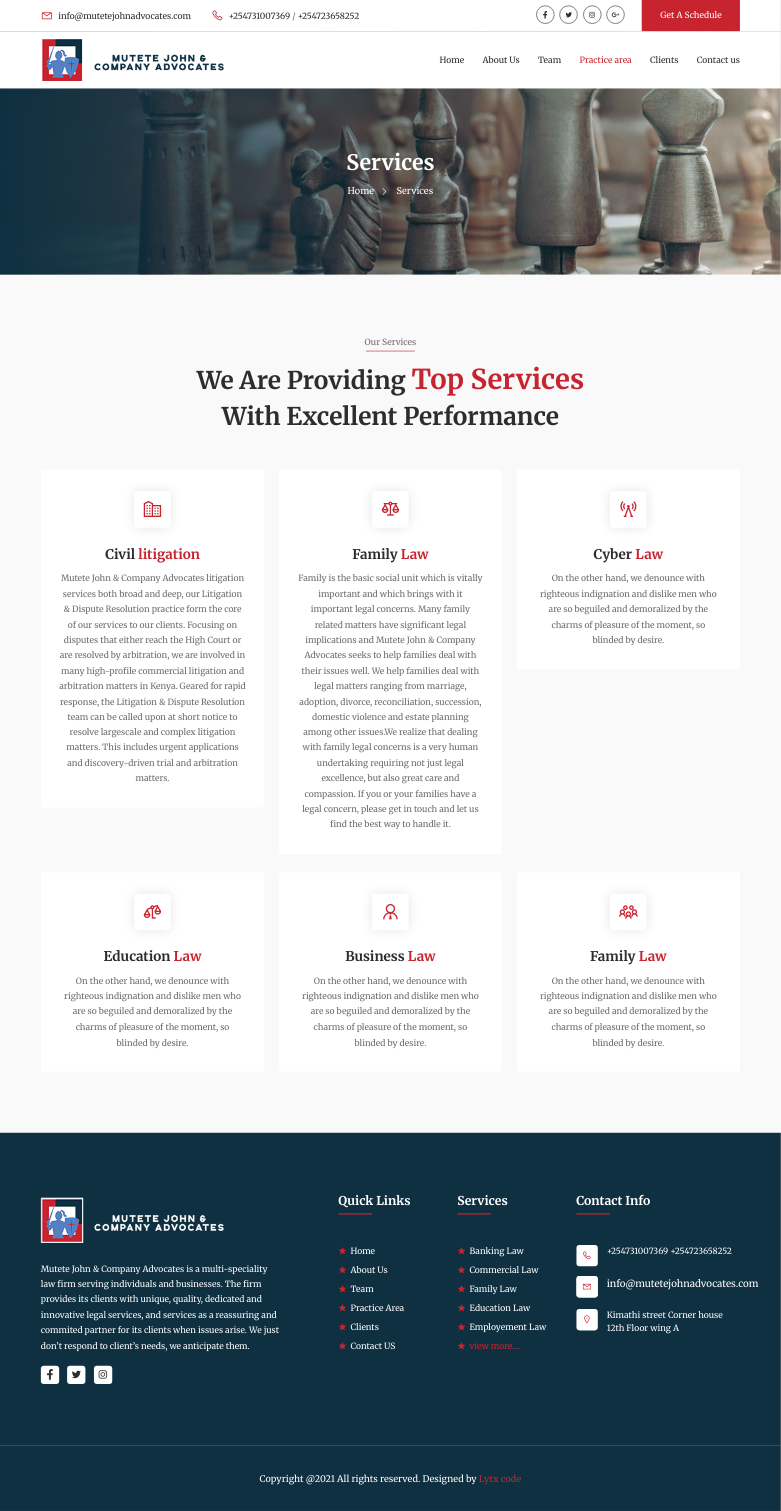
Repository: Samkiroko/mutete_john_website
Page: practice_area.html
An editor plug-in stored every save of this project. The page is shown before and after the next save, followed by the edit.
The browser window is 1280 px wide. The pictures show the whole page, at 61% of full size.

Above is the page before, as saved 2021-10-13 15:08:46.

### practice_area.html
<!DOCTYPE html>
<html lang="zxx">

<head>
    <meta charset="UTF-8" />
    <meta name="viewport" content="width=device-width, initial-scale=1.0" />

    <link rel="stylesheet" href="assets/css/bootstrap.min.css" />

    <link rel="stylesheet" href="assets/css/animate.min.css" />

    <link rel="stylesheet" href="assets/css/meanmenu.min.css" />

    <link rel="stylesheet" href="assets/css/line-awesome.min.css" />

    <link rel="stylesheet" href="assets/css/magnific-popup.css" />

    <link rel="stylesheet" href="assets/css/owl.carousel.min.css" />

    <link rel="stylesheet" href="assets/css/owl.theme.default.min.css" />

    <link rel="stylesheet" href="assets/css/odometer.css" />

    <link rel="stylesheet" href="assets/css/style.css" />

    <link rel="stylesheet" href="assets/css/responsive.css" />

    <link rel="apple-touch-icon" sizes="180x180" href="/apple-touch-icon.png" />
    <link rel="icon" type="image/png" sizes="32x32" href="/favicon-32x32.png" />
    <link rel="icon" type="image/png" sizes="16x16" href="/favicon-16x16.png" />
    <link rel="manifest" href="/site.webmanifest" />

    <title>MUTETE JOHN & COMPANY ADVOCATES</title>
</head>

<body>
    <!-- <div class="preloader">
        <div class="d-table">
            <div class="d-table-cell">
                <div class="lds-hourglass"></div>
            </div>
        </div>
    </div> -->

    <header class="header-area">
        <div class="top-header">
            <div class="container">
                <div class="row align-items-center">
                    <div class="col-lg-8 col-sm-8">
                        <ul class="left-info">
                            <li>
                                <a href="mailto:info@mutetejohnadvocates.com">
                                    <i class="las la-envelope"></i>
                                    <span class="__cf_email__">info@mutetejohnadvocates.com</span>
                                </a>
                            </li>
                            <li>
                                <a href="tel:+254731007369"> <i class="las la-phone"></i> +254731007369 </a>/
                                <a href="tel:+254723658252">+254723658252</a>
                            </li>
                        </ul>
                    </div>
                    <div class="col-lg-4 col-sm-4">
                        <ul class="right-info">
                            <li>
                                <a href="#" target="_blank">
                                    <i class="lab la-facebook-f"></i>
                                </a>
                            </li>
                            <li>
                                <a href="#" target="_blank">
                                    <i class="lab la-twitter"></i>
                                </a>
                            </li>
                            <li>
                                <a href="#" target="_blank">
                                    <i class="lab la-instagram"></i>
                                </a>
                            </li>
                            <li>
                                <a href="#" target="_blank">
                                    <i class="lab la-google-plus"></i>
                                </a>
                            </li>
                            <li class="heder-btn">
                                <a href="contact.html">Get A Schedule</a>
                            </li>
                        </ul>
                    </div>
                </div>
            </div>
        </div>

        <div class="navbar-area">
            <div class="atorn-responsive-nav">
                <div class="container">
                    <div class="atorn-responsive-menu">
                        <div class="logo">
                            <a href="index.html">
                                <img src="assets/img/logo.png" alt="logo" />
                            </a>
                        </div>
                    </div>
                </div>
            </div>
            <div class="atorn-nav">
                <div class="container">
                    <nav class="navbar navbar-expand-md navbar-light">
                        <a class="navbar-brand" href="index.html">
                            <img src="assets/img/logo.png" alt="logo" />
                        </a>
                        <div class="collapse navbar-collapse mean-menu">
                            <ul class="navbar-nav ms-auto">
                                <li class="nav-item">
                                    <a href="index.html" class="nav-link"> Home </a>
                                </li>
                                <li class="nav-item">
                                    <a href="about.html" class="nav-link"> About Us </a>
                                </li>
                                <li class="nav-item">
                                    <a href="team.html" class="nav-link"> Team </a>
                                </li>
                                <li class="nav-item active">
                                    <a href="practice_area.html" class="nav-link"> Practice area </a>
                                </li>

                                <li class="nav-item">
                                    <a href="clients.html" class="nav-link"> Clients </a>
                                </li>
                                <li class="nav-item">
                                    <a href="contact.html" class="nav-link"> Contact us </a>
                                </li>
                            </ul>
                        </div>
                    </nav>
                </div>
            </div>
        </div>
    </header>

    <div class="page-banner bg-1">
        <div class="d-table">
            <div class="d-table-cell">
                <div class="container">
                    <div class="page-content">
                        <h2>Services</h2>
                        <ul>
                            <li>
                                <a href="index.html">Home <i class="las la-angle-right"></i></a>
                            </li>
                            <li>Services</li>
                        </ul>
                    </div>
                </div>
            </div>
        </div>
    </div>

    <div class="our-service-area pt-100 pb-70">
        <div class="container">
            <div class="section-title">
                <span>Our Services</span>
                <h2>We Are Providing <span> Top Services</span> With Excellent Performance</h2>
            </div>
            <div class="row">
                <div class="col-lg-4 col-sm-6">
                    <div class="our-service-card">
                        <i class="las la-city"></i>
                        <h3>Civil<span> litigation</span></h3>
                        <p>
                            Mutete John & Company Advocates litigation services both broad and deep, our Litigation & Dispute Resolution practice form the core of our services to our clients. Focusing on disputes that either reach the High Court or are resolved by arbitration, we
                            are involved in many high-profile commercial litigation and arbitration matters in Kenya. Geared for rapid response, the Litigation & Dispute Resolution team can be called upon at short notice to resolve largescale and complex
                            litigation matters. This includes urgent applications and discovery-driven trial and arbitration matters.
                        </p>
                    </div>
                </div>
                <div class="col-lg-4 col-sm-6">
                    <div class="our-service-card">
                        <i class="las la-balance-scale"></i>
                        <h3>Family<span> Law</span></h3>
                        <p>
                            Family is the basic social unit which is vitally important and which brings with it important legal concerns. Many family related matters have significant legal implications and Mutete John & Company Advocates seeks to help families deal with their issues
                            well. We help families deal with legal matters ranging from marriage, adoption, divorce, reconciliation, succession, domestic violence and estate planning among other issues.We realize that dealing with family legal concerns
                            is a very human undertaking requiring not just legal excellence, but also great care and compassion. If you or your families have a legal concern, please get in touch and let us find the best way to handle it.
                        </p>
                    </div>
                </div>
                <div class="col-lg-4 col-sm-6">
                    <div class="our-service-card">
                        <i class="las la-broadcast-tower"></i>
                        <h3>Cyber<span> Law</span></h3>
                        <p>
                            On the other hand, we denounce with righteous indignation and dislike men who are so beguiled and demoralized by the charms of pleasure of the moment, so blinded by desire.
                        </p>
                    </div>
                </div>
                <div class="col-lg-4 col-sm-6">
                    <div class="our-service-card">
                        <i class="las la-balance-scale-left"></i>
                        <h3>Education<span> Law</span></h3>
                        <p>
                            On the other hand, we denounce with righteous indignation and dislike men who are so beguiled and demoralized by the charms of pleasure of the moment, so blinded by desire.
                        </p>
                    </div>
                </div>
                <div class="col-lg-4 col-sm-6">
                    <div class="our-service-card">
                        <i class="las la-user-tie"></i>
                        <h3>Business<span> Law</span></h3>
                        <p>
                            On the other hand, we denounce with righteous indignation and dislike men who are so beguiled and demoralized by the charms of pleasure of the moment, so blinded by desire.
                        </p>
                    </div>
                </div>
                <div class="col-lg-4 col-sm-6">
                    <div class="our-service-card">
                        <i class="las la-users"></i>
                        <h3>Family<span> Law</span></h3>
                        <p>
                            On the other hand, we denounce with righteous indignation and dislike men who are so beguiled and demoralized by the charms of pleasure of the moment, so blinded by desire.
                        </p>
                    </div>
                </div>
            </div>
        </div>
    </div>

    <footer class="footer-area pt-100 pb-70">
        <div class="container">
            <div class="row">
                <div class="col-lg-5 col-sm-6">
                    <div class="footer-widget">
                        <div class="logo">
                            <img src="assets/img/logo-white.png" alt="logo" />
                        </div>
                        <p>
                            Mutete John & Company Advocates is a multi-speciality law firm serving individuals and businesses. The firm provides its clients with unique, quality, dedicated and innovative legal services, and services as a reassuring and commited partner for its clients
                            when issues arise. We just don’t respond to client’s needs, we anticipate them.
                        </p>
                        <ul class="footer-socials">
                            <li>
                                <a href="#" target="_blank">
                                    <i class="lab la-facebook-f"></i>
                                </a>
                            </li>
                            <li>
                                <a href="#" target="_blank">
                                    <i class="lab la-twitter"></i>
                                </a>
                            </li>
                            <li>
                                <a href="#" target="_blank">
                                    <i class="lab la-instagram"></i>
                                </a>
                            </li>
                        </ul>
                    </div>
                </div>
                <div class="col-lg-2 col-sm-6">
                    <div class="footer-widget">
                        <h3>Quick Links</h3>
                        <ul class="footer-text">
                            <li>
                                <a href="index.html"> <i class="las la-star"></i> Home </a>
                            </li>
                            <li>
                                <a href="about.html"> <i class="las la-star"></i> About Us </a>
                            </li>
                            <li>
                                <a href="team.html"> <i class="las la-star"></i> Team </a>
                            </li>
                            <li>
                                <a href="practice_area.html"> <i class="las la-star"></i> Practice Area </a>
                            </li>
                            <li>
                                <a href="clients.html"> <i class="las la-star"></i> Clients </a>
                            </li>
                            <li>
                                <a href="contact.html"> <i class="las la-star"></i> Contact US </a>
                            </li>
                        </ul>
                    </div>
                </div>
                <div class="col-lg-2 col-sm-6">
                    <div class="footer-widget pl-50">
                        <h3>Services</h3>
                        <ul class="footer-text">
                            <li>
                                <a href="/practice_area.html"> <i class="las la-star"></i> Banking Law </a>
                            </li>
                            <li>
                                <a href="/practice_area.html"> <i class="las la-star"></i> Commercial Law </a>
                            </li>
                            <li>
                                <a href="/practice_area.html"> <i class="las la-star"></i>Family Law</a>
                            </li>
                            <li>
                                <a href="/practice_area.html"> <i class="las la-star"></i> Education Law </a>
                            </li>
                            <li>
                                <a href="/practice_area.html"> <i class="las la-star"></i> Employement Law </a>
                            </li>
                            <li>
                                <a href="/practice_area.html"> <i class="las la-star"></i> <span>view more....</span> </a>
                            </li>
                            <!-- <li>
                                <a href="#"> <i class="las la-star"></i> Intellectual property Law </a>
                            </li>
                            <li>
                                <a href="#"> <i class="las la-star"></i> Debt Collection & Creditor Management Services </a>
                            </li> -->
                        </ul>
                    </div>
                </div>
                <div class="col-lg-3 col-sm-6">
                    <div class="footer-widget">
                        <h3>Contact Info</h3>
                        <ul class="info-list">
                            <li>
                                <i class="las la-phone"></i>
                                <a href="tel:+254731007369">+254731007369</a>
                                <a href="tel:+254723658252"> +254723658252</a>
                            </li>
                            <li>
                                <i class="las la-envelope"></i>
                                <a href="mailto:info@mutetejohnadvocates.com">
                                    <i class="las la-envelope"></i>
                                    <span class="__cf_email__">info@mutetejohnadvocates.com</span>
                                </a>
                            </li>
                            <li><i class="las la-map-marker-alt"></i> Kimathi street Corner house 12th Floor wing A</li>
                        </ul>
                    </div>
                </div>
            </div>
        </div>
    </footer>

    <div class="footer-bottom">
        <div class="container">
            <p>Copyright @2021 All rights reserved. Designed by <a href="https://lytxcode.com/">Lytx code</a></p>
        </div>
    </div>

    <div class="go-top">
        <i class="las la-hand-point-up"></i>
    </div>

    <script data-cfasync="false" src="https://templates.hibootstrap.com/cdn-cgi/scripts/5c5dd728/cloudflare-static/email-decode.min.js"></script>
    <script src="assets/js/jquery.min.js"></script>
    <script src="assets/js/bootstrap.bundle.min.js"></script>

    <script src="assets/js/meanmenu.min.js"></script>

    <script src="assets/js/jquery.magnific-popup.min.js"></script>

    <script src="assets/js/owl.carousel.min.js"></script>

    <script src="assets/js/odometer.min.js"></script>

    <script src="assets/js/jquery.appear.js"></script>

    <script src="assets/js/form-validator.min.js"></script>

    <script src="assets/js/contact-form-script.js"></script>

    <script src="assets/js/jquery.ajaxchimp.min.js"></script>

    <script src="assets/js/custom.js"></script>
</body>

</html>

### assets/css/meanmenu.min.css
/*
MeanMenu 2.0.7
--------
To be used with jquery.meanmenu.js by Chris Wharton (http://www.meanthemes.com/plugins/meanmenu/)
*/
a.meanmenu-reveal{display:none}.mean-container .mean-bar{float:left;width:100%;position:absolute;background:transparent;padding:0 0 0;z-index:999}.mean-container a.meanmenu-reveal{width:35px;height:30px;position:absolute;right:0;cursor:pointer;color:#000;text-decoration:none;font-size:16px;text-indent:-9999em;line-height:22px;font-size:1px;display:block;font-weight:700;padding-top:4px}.mean-container a.meanmenu-reveal span{display:block;background:#000;height:4px;margin-top:-5px;border-radius:3px;position: relative;top: 8px;}.mean-container .mean-nav{float:left;width:100%;background:#fff;margin-top:62px}.mean-container .mean-nav ul{padding:0;margin:0;width:100%;border:none;list-style-type:none}.mean-container .mean-nav ul li{position:relative;float:left;width:100%}.mean-container .mean-nav ul li a i{display:none}.mean-container .mean-nav ul li a{display:block;float:left;width:90%;padding:1em 5% 13px;margin:0;text-align:left;color:#677294;border-top:1px solid #DBEEFD;text-decoration:none}.mean-container .mean-nav ul li a.active{color:#000}.mean-container .mean-nav ul li li a{width:80%;padding:1em 10% 13px;color:#677294;border-top:1px solid #DBEEFD;opacity:1;filter:alpha(opacity=75);text-shadow:none!important;visibility:visible;text-transform:none;font-size:14px}.mean-container .mean-nav ul li.mean-last a{margin-bottom:0}.mean-container .mean-nav ul li li li a{width:70%;padding:1em 15% 13px}.mean-container .mean-nav ul li li li li a{width:60%;padding:1em 20% 13px}.mean-container .mean-nav ul li li li li li a{width:50%;padding:1em 25% 13px}.mean-container .mean-nav ul li a:hover{background:#252525;background:rgba(255,255,255,.1)}.mean-container .mean-nav ul li a.mean-expand{margin-top:1px;width:100%;height:24px;padding:11px!important;text-align:right;position:absolute;right:0;top:0;z-index:2;font-weight:500;background:transparent;border:none!important}.mean-container .mean-push{float:left;width:100%;padding:0;margin:0;clear:both}.mean-nav .wrapper{width:100%;padding:0;margin:0}.mean-container .mean-bar,.mean-container .mean-bar *{-webkit-box-sizing:content-box;-moz-box-sizing:content-box;box-sizing:content-box}.mean-remove{display:none!important}

Loaded but not shown: assets/css/bootstrap.min.css (library); assets/css/animate.min.css (library); assets/css/line-awesome.min.css (library); assets/css/magnific-popup.css (library); assets/css/owl.carousel.min.css (library); assets/css/owl.theme.default.min.css (common file); assets/js/jquery.min.js (library); assets/js/bootstrap.bundle.min.js (library); assets/js/meanmenu.min.js (library); assets/js/jquery.magnific-popup.min.js (library); assets/js/owl.carousel.min.js (library); assets/js/odometer.min.js (library); assets/js/jquery.appear.js (library); assets/js/form-validator.min.js (library); assets/js/jquery.ajaxchimp.min.js (common file); assets/js/custom.js (188 lines, source omitted); assets/js/contact-form-script.js (62 lines, source omitted); assets/css/style.css (4508 lines, source omitted); assets/css/responsive.css (762 lines, source omitted); assets/css/odometer.css (1 lines, source omitted)

After the next save:
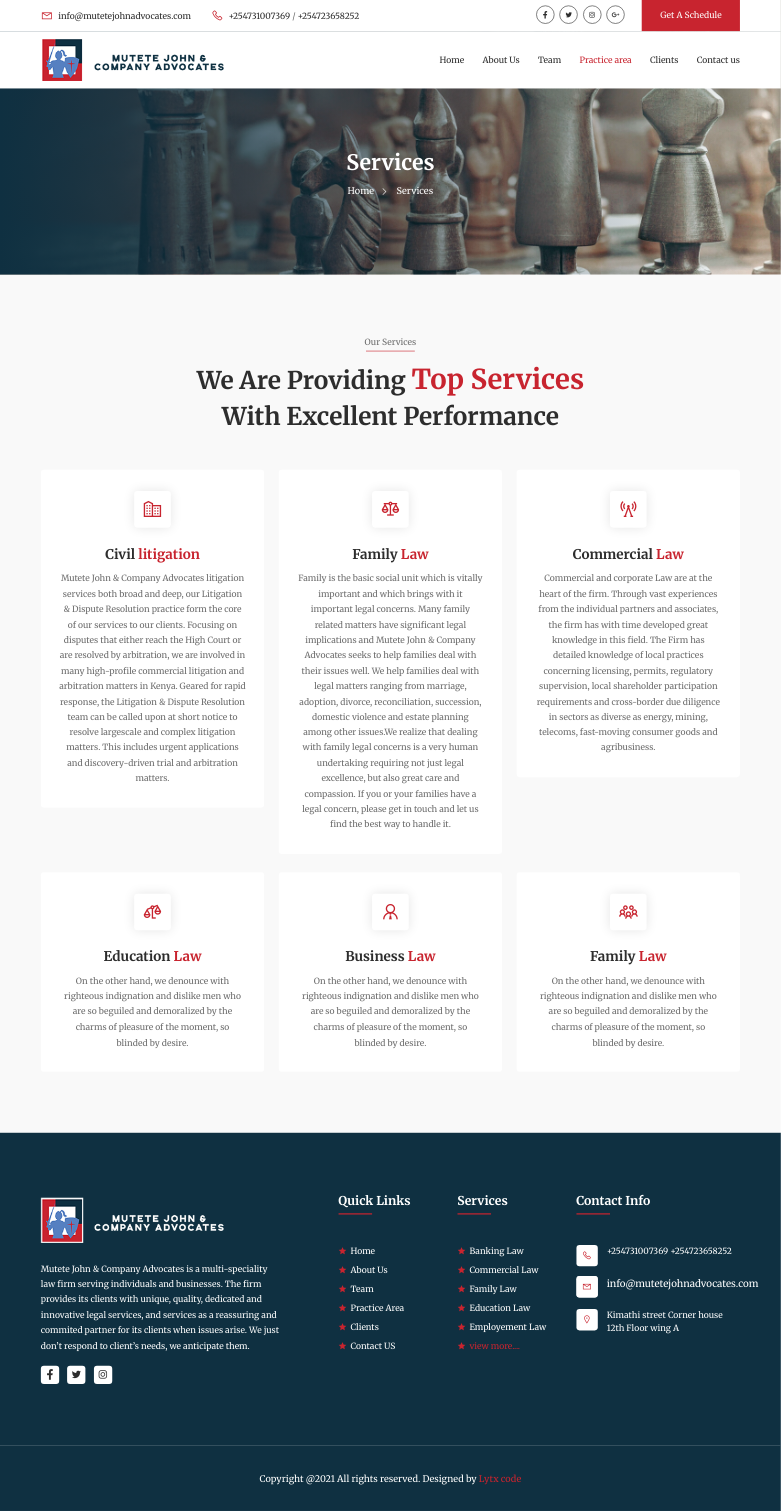
Saved 30 s later.
--- a/practice_area.html
+++ b/practice_area.html
@@ -188,9 +188,10 @@
                 <div class="col-lg-4 col-sm-6">
                     <div class="our-service-card">
                         <i class="las la-broadcast-tower"></i>
-                        <h3>Cyber<span> Law</span></h3>
-                        <p>
-                            On the other hand, we denounce with righteous indignation and dislike men who are so beguiled and demoralized by the charms of pleasure of the moment, so blinded by desire.
+                        <h3>Commercial<span> Law</span></h3>
+                        <p>
+                            Commercial and corporate Law are at the heart of the firm. Through vast experiences from the individual partners and associates, the firm has with time developed great knowledge in this field. The Firm has detailed knowledge of local practices concerning
+                            licensing, permits, regulatory supervision, local shareholder participation requirements and cross-border due diligence in sectors as diverse as energy, mining, telecoms, fast-moving consumer goods and agribusiness.
                         </p>
                     </div>
                 </div>
